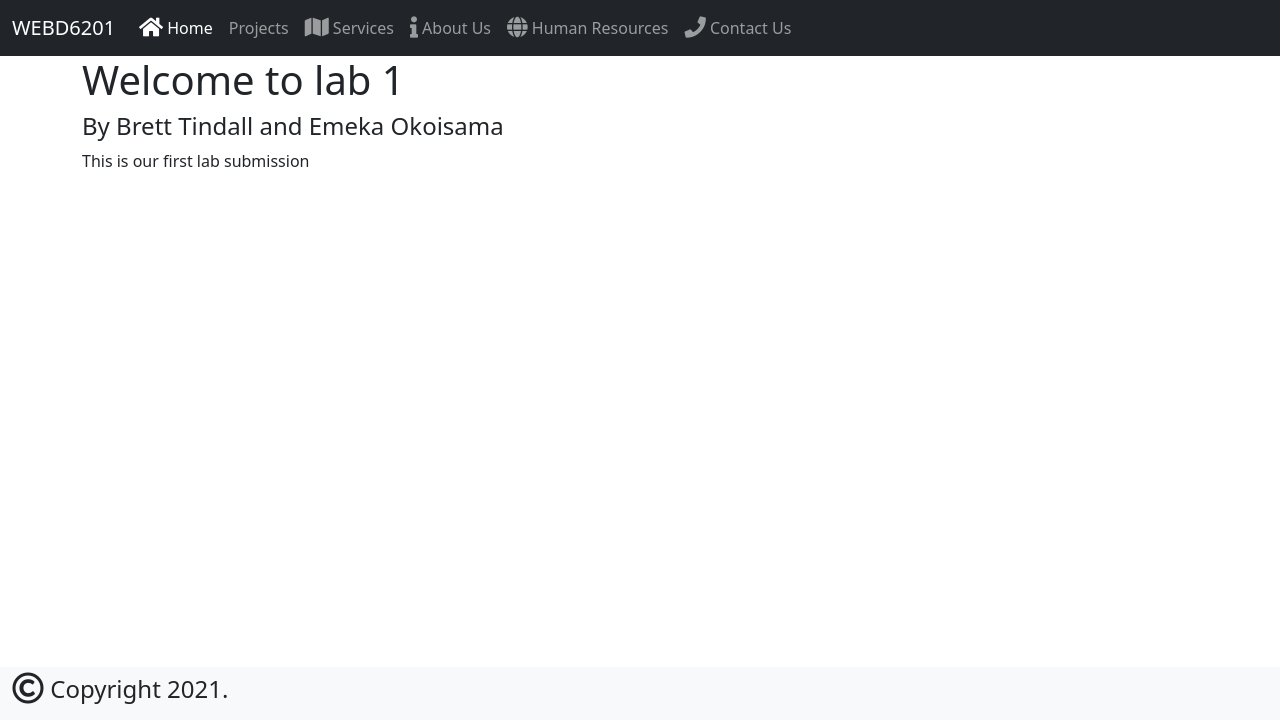
Repository: Sub4Sub/Lab_1
Page: index.html
The author's editor kept a copy of each file at every save. The page is drawn from the files as they stood at one save, then again after the next save.
The browser window is 1280 px wide. The pictures show the whole page.

Above is the page before, as saved 2021-02-05 02:44:55.

### index.html
<!DOCTYPE html>
<html lang="en">
<head>
    <meta charset="UTF-8">
    <meta name="viewport" content="width=device-width, initial-scale=1.0">
    <title>Home</title>
    <!-- CSS Section -->
    <link rel="stylesheet" href="./node_modules/bootstrap/dist/css/bootstrap.min.css">
    <link rel="stylesheet" href="./node_modules/@fortawesome/fontawesome-free/css/all.min.css">
    <link rel="stylesheet" href="./Content/app.css">
</head>
<body>
    <!-- Main Header -->
    <header>
      <!-- Main Navigation -->
      <nav class="navbar navbar-expand-lg navbar-dark bg-dark">
          <div class="container-fluid">
            <a class="navbar-brand" href="index.html">WEBD6201</a>
            <button class="navbar-toggler" type="button" data-bs-toggle="collapse" data-bs-target="#navbarSupportedContent" aria-controls="navbarSupportedContent" aria-expanded="false" aria-label="Toggle navigation">
              <span class="navbar-toggler-icon"></span>
            </button>
            <div class="collapse navbar-collapse" id="navbarSupportedContent">
              <ul class="navbar-nav me-auto mb-2 mb-lg-0">
                <li class="nav-item">
                  <a class="nav-link active" aria-current="page" href="index.html"><i class="fas fa-home fa-lg"></i> Home</a>
                </li>

                <li class="nav-item">
                  <a class="nav-link" id="productsLink" aria-current="page" href="products.html"><i class="fas fa-cog fa-lg"></i> Products</a>
                </li>

                <li class="nav-item">
                  <a class="nav-link" aria-current="page" href="services.html"><i class="fas fa-map fa-lg"></i> Services</a>
                </li>

                <li class="nav-item" id="aboutUsList">
                  <a class="nav-link" id="aboutUsLink" aria-current="page" href="about.html"><i class="fas fa-info fa-lg"></i> About Us</a>
                </li>

                <li class="nav-item">
                  <a class="nav-link" aria-current="page" href="contact.html"><i class="fas fa-phone fa-lg"></i> Contact Us</a>
                </li>
              </ul>
            </div>
          </div>
        </nav>
  </header>

    <!-- Main Content -->
    <main class="container">
    </main>



    <!-- Script Section-->
    <script src="./node_modules/jquery/dist/jquery.min.js"></script>
    <script src="./node_modules/bootstrap/dist/js/bootstrap.bundle.min.js"></script>
    <script src="./Scripts/app.js"></script>
</body>
</html>

### Scripts/app.js

"use strict";


(function()
{

    function displayHome()
    {
        let indexHeading = document.createElement("h1");

        indexHeading.setAttribute("id", "indexHeading");
        indexHeading.textContent = `Welcome to lab 1`;
        //indexHeading.className = "fs-4 fw-bold";

        let mainContent = document.querySelector("main");
        mainContent.appendChild(indexHeading);

        let newDivTag = document.createElement("div");
        newDivTag.innerHTML =
        `<h4>By Brett Tindall and Emeka Okoisama</h4>
        <p id="paragraphThree"> This is our first lab submission </p>`;

        mainContent.append(newDivTag);


    }

    function displayContact()
    {
      let contactHeading = document.createElement("h1");

      contactHeading.setAttribute("id", "contactHeading");
      contactHeading.textContent = "Enter a Contact";

      let mainContent = document.querySelector("main");
      mainContent.appendChild(contactHeading);

      let newDivTag = document.createElement("div");
      newDivTag.innerHTML =
      `<div id="messageArea"></div>

      <div class="row justify-content-lg-center g-3">
        <form class="col-lg-6 col-md-10 col-sm-10">

          <div class="input-group mb-3">
            <span class="input-group-text" id="inputGroup-sizing-default">Full Name </span>
            <input id="fullName" type="text" class="form-control" aria-label="Full Name" aria-describedby="Full Name Input"
            name="fullName" required>
          </div>

          <div class="input-group mb-3">
            <span class="input-group-text" id="inputGroup-sizing-default">Contact Number</span>
            <input id="contactNumber" type="tel" class="form-control" aria-label="Contact Number" aria-describedby="Contact Number Input"
            name="contactNumber" required>
          </div>

          <div class="input-group mb-3">
            <span class="input-group-text" id="inputGroup-sizing-default">Email</span>
            <input id="emailAddress" type="email" class="form-control" aria-label="Email Address" aria-describedby="Email Address Input"
            name="emailAddress" required>
          </div>

          <button id="sendButton" type="submit" class="btn btn-primary"><i class="fas fa-envelope fa-lg"></i> Send</button>
          <button id="cancelButton" type="reset" class="btn btn-warning"><i class="fas fa-undo fa-lg"></i> Cancel</button>
        </form>
      </div>`;

      mainContent.append(newDivTag);


      let sendButton = document.getElementById("sendButton");

        sendButton.addEventListener("click", function(event){

          window.location.href = '/index.html';

        });

    }

    function displayHeader()
    {
      let indexHeading = document.createElement("h1");

        indexHeading.setAttribute("id", "indexHeading");
        indexHeading.textContent = `<nav class="navbar navbar-expand-lg navbar-dark bg-dark">
          <div class="container-fluid">
            <a class="navbar-brand" href="index.html">WEBD6201</a>
            <button class="navbar-toggler" type="button" data-bs-toggle="collapse" data-bs-target="#navbarSupportedContent" aria-controls="navbarSupportedContent" aria-expanded="false" aria-label="Toggle navigation">
              <span class="navbar-toggler-icon"></span>
            </button>
            <div class="collapse navbar-collapse" id="navbarSupportedContent">
              <ul class="navbar-nav me-auto mb-2 mb-lg-0">
                <li class="nav-item">
                  <a class="nav-link active" aria-current="page" href="index.html"><i class="fas fa-home fa-lg"></i> Home</a>
                </li>

                <li class="nav-item">
                  <a class="nav-link" id="productsLink" aria-current="page" href="products.html"><i class="fas fa-cog fa-lg"></i> Products</a>
                </li>

                <li class="nav-item">
                  <a class="nav-link" aria-current="page" href="services.html"><i class="fas fa-map fa-lg"></i> Services</a>
                </li>

                <li class="nav-item" id="aboutUsList">
                  <a class="nav-link" id="aboutUsLink" aria-current="page" href="about.html"><i class="fas fa-info fa-lg"></i> About Us</a>
                </li>

                <li class="nav-item">
                  <a class="nav-link" aria-current="page" href="contact.html"><i class="fas fa-phone fa-lg"></i> Contact Us</a>
                </li>
              </ul>
            </div>
          </div>
        </nav>`;

    }

    function displayFooter()
    {
      let mainContent = document.querySelector("main");

      let newFooterTag = document.createElement("footer");

      newFooterTag.innerHTML =
      `
      <footer>
        <nav class="navbar fixed-bottom navbar-light bg-light">
            <div class="container-fluid">
              <h4><i class="far fa-copyright fa-lg"></i> Copyright 2021.</h4>
            </div>
          </nav>
    </footer>
      `

      mainContent.append(newFooterTag);

    }

    function addHumanResourcesButton()
    {

      let aboutUsLink = document.getElementById("aboutUsList");

      let newListItem = document.createElement("li");

      newListItem.innerHTML =
      `
      <li class="nav-item">
        <a class="nav-link" id="HumanResourcesLink" aria-current="page" href="Human-Resources.html"><i class="fas fa-globe fa-lg"></i> Human Resources</a>
      </li>
      `

      aboutUsLink.after(newListItem);

    }

    function Start()
    {
        console.log("App Started...");

        let productsButton = document.getElementById("productsLink");

        productsButton.textContent = "Projects";

        addHumanResourcesButton();

        switch (document.title)
        {
          case "Home":
              displayHome();
            break;
          case "About":
              displayAbout();
            break;
          case "Projects":
              displayProjects();
            break;
          case "Services":
              displayServices();
            break;
          case "Contact":
              displayContact();
            break;
        }

    }

    displayFooter();

    window.addEventListener("load", Start);

})();

Loaded but not shown: node_modules/bootstrap/dist/css/bootstrap.min.css (library); node_modules/@fortawesome/fontawesome-free/css/all.min.css (library); node_modules/jquery/dist/jquery.min.js (library); node_modules/bootstrap/dist/js/bootstrap.bundle.min.js (library); Content/app.css (no stored copy; drawn as an empty file)

After the next save:
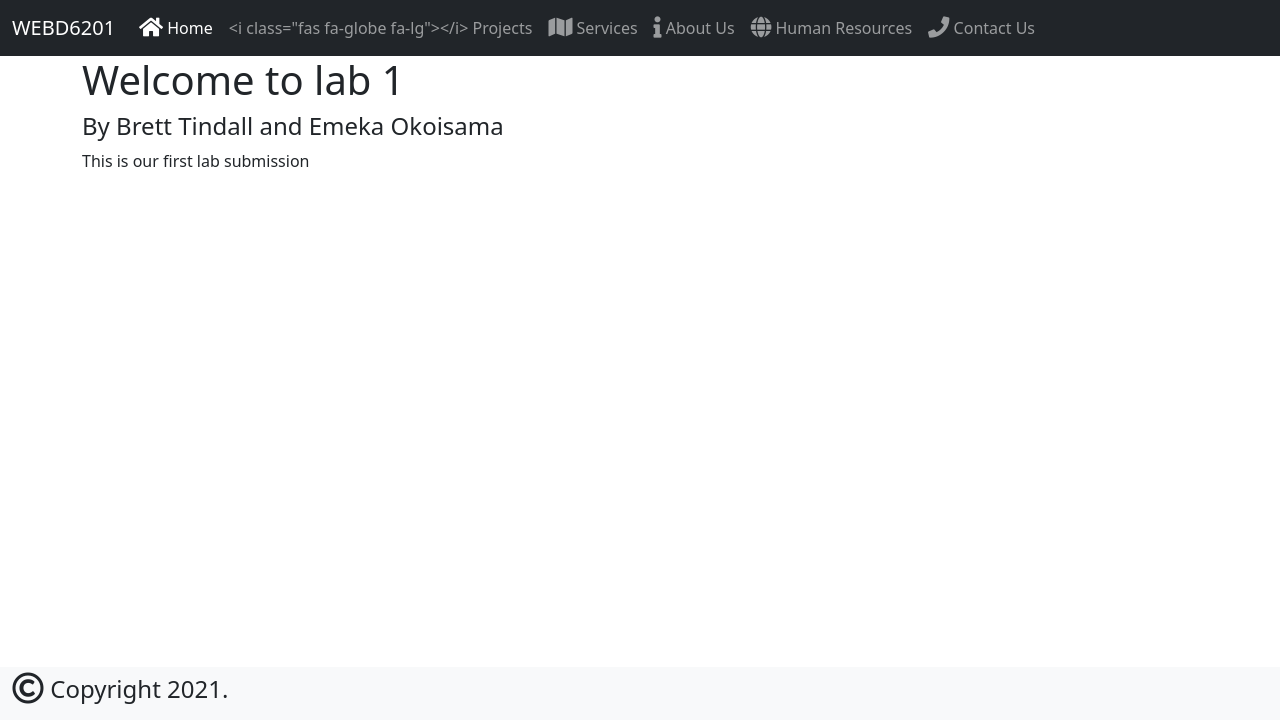
Saved 67 s later.
--- a/Scripts/app.js
+++ b/Scripts/app.js
@@ -163,7 +163,7 @@
 
         let productsButton = document.getElementById("productsLink");
 
-        productsButton.textContent = "Projects";
+        productsButton.textContent = `<i class="fas fa-globe fa-lg"></i> Projects`;
 
         addHumanResourcesButton();
 

After the save that followed:
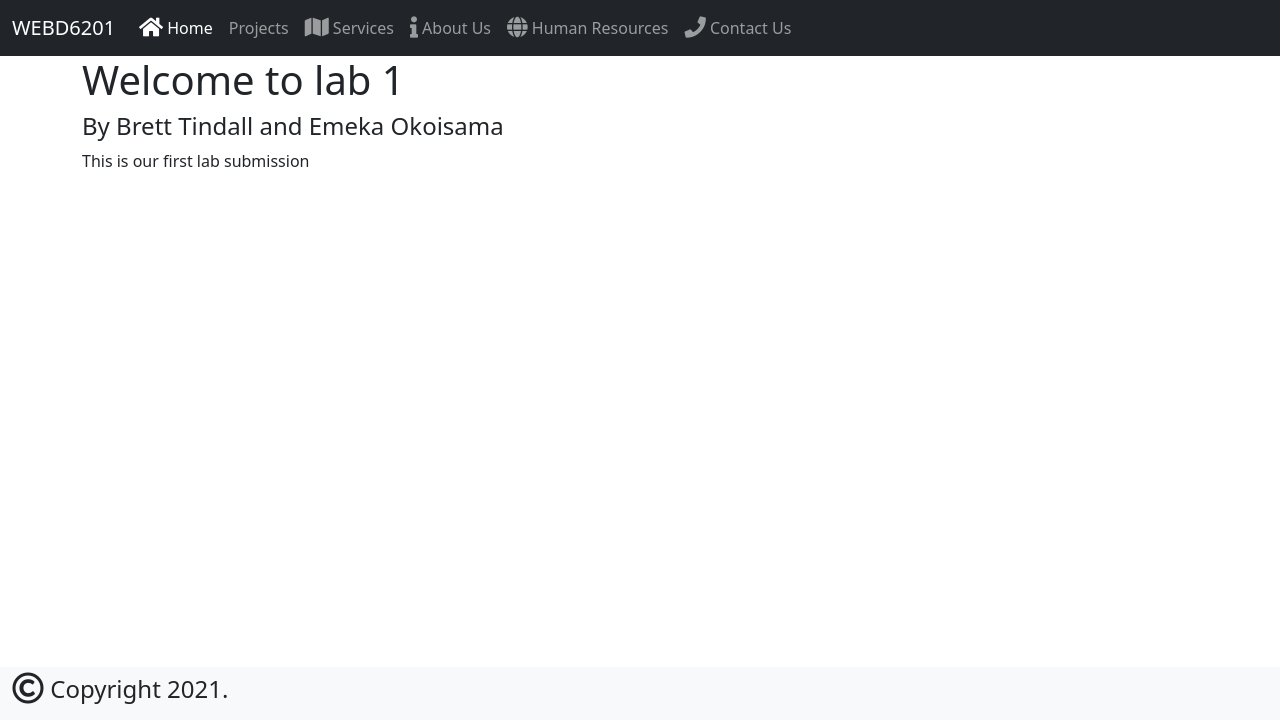
Saved 14 s later.
--- a/Scripts/app.js
+++ b/Scripts/app.js
@@ -163,7 +163,7 @@
 
         let productsButton = document.getElementById("productsLink");
 
-        productsButton.textContent = `<i class="fas fa-globe fa-lg"></i> Projects`;
+        productsButton.textContent = "Projects";
 
         addHumanResourcesButton();
 
